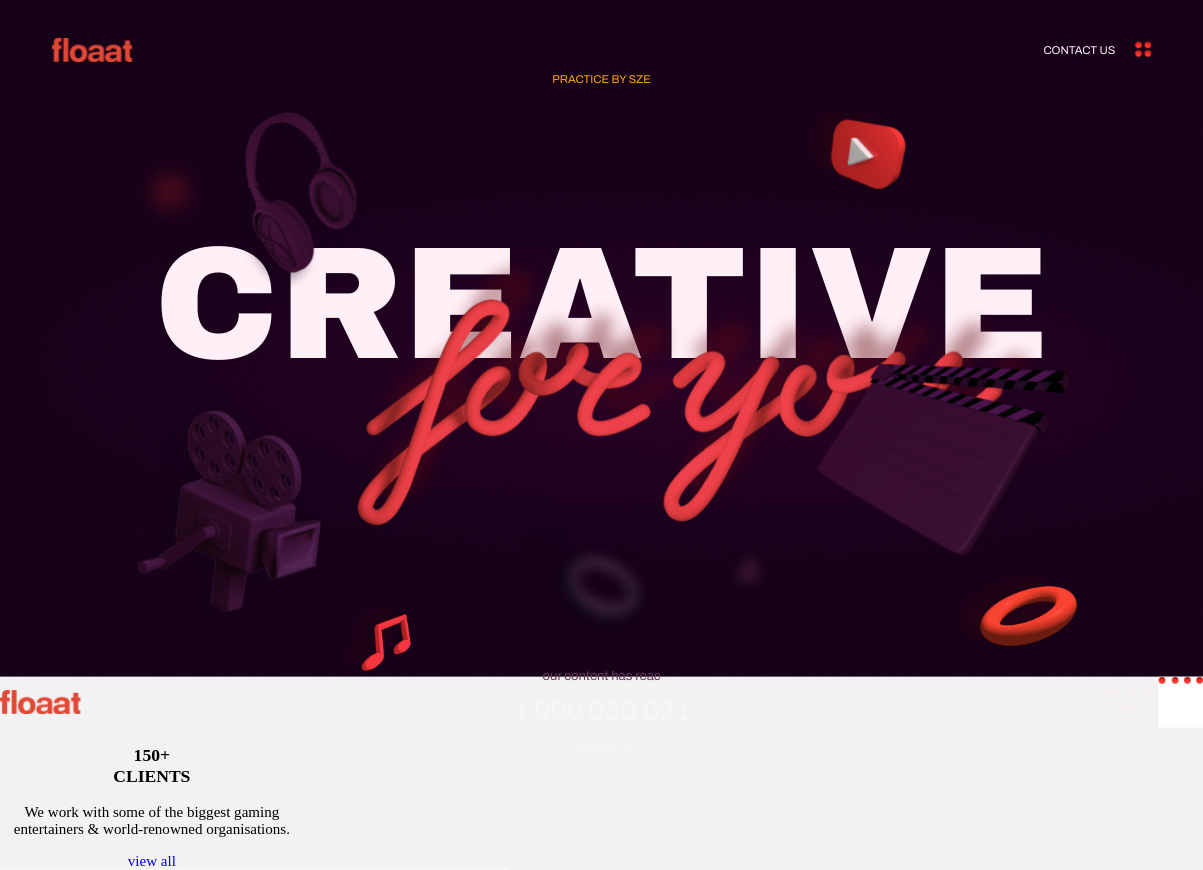
Repository: skydevil1604/next-page-no-adaptive
Page: app/index.html
The author's editor kept a copy of each file at every save. The page is drawn from the files as they stood at one save, then again after the next save.
The browser window is 1280 px wide. The pictures show the whole page, at 94% of full size.
Some web libraries are served in a nearby version. The style sheet was rebuilt from its Sass, Less or Tailwind sources for each picture, by a compiler version that may differ from the author's.

Above is the page before, as saved 2020-01-03 13:28:28.

### app/index.html
<!DOCTYPE html>
<html lang="en">
<head>
    <meta charset="UTF-8">
    <meta name="viewport" content="width=device-width, initial-scale=1.0">
    <meta http-equiv="X-UA-Compatible" content="ie=edge">
    <link rel="stylesheet" href="css/main.css">
    <link href="https://fonts.googleapis.com/css?family=Archivo&display=swap" rel="stylesheet">
    <link href="https://fonts.googleapis.com/css?family=Archivo+Black&display=swap" rel="stylesheet">
    <title>Floaat</title>
</head>
<body>
    <div id="preloader">
        <div class="dws-progress-bar"></div>
    </div>
<div class="wrapper">
            <section class="panel main-first-screen main-page">
                <div class="inner">
                    <header class="header">
                        <a href="#" class="header__logo">
                            <img src="images/logo.svg" alt="floaat-logo">
                        </a>
                        <nav class="navigation">
                            <a href="#" class="navigation__link">CONTACT US</a>
                            <div class="navigation__button">
                                <span></span>
                                <span></span>
                                <span></span>
                                <span></span>
                            </div>
                        </nav>
                    </header>
                    <div class="main-content">
                        <p class="main-content__paragraph">practice by SZE</p>
                        <h1 class="main-content__header">CREATIVE</h1>
                        <img class="main-content__text" src="images/for-you.png" alt="">
                        <img class="main-content__headphones-image" src="images/headphones.svg" alt="">
                        <img class="main-content__cinema-image" src="img/cinema.svg" alt="">
                        <img class="main-content__youtube-image" src="img/youtube3.png" alt="">
                        <img class="main-content__claqueta-image" src="img/CLAQUETA_basica.png" alt="">
                        <img class="main-content__torus-image" src="img/torus.png" alt="">
                        <img class="main-content__note-image" src="img/note2.png" alt="">
                        <img class="main-content__heart-image" src="img/heart22.png" alt="">
                        <img class="main-content__dot-image" src="img/dot.svg" alt="">
                        <img class="main-content__dot-blur-image" src="img/dot2.png" alt="">
                        <img class="main-content__torus-blur-image" src="img/torus3.png" alt="">
                    </div>
                    <div class="viewers">
                        <p class="viewers__main-paragraph">our content has reac</p>
                        <div class="viewers__count">1 000 030 021</div>
                        <p class="viewers__footer-paragraph">VIEWERS</p>
                    </div>


                </div>
            </section>

            <section class="panel main-second-screen clients">
                <div class="inner">
                    <header class="header">
                        <a href="#" class="header__logo">
                            <img src="images/logo.svg" alt="floaat-logo">
                        </a>
                        <nav class="navigation --light">
                            <a href="#" class="navigation__link">CONTACT US</a>
                            <div class="navigation__button">
                                <span></span>
                                <span></span>
                                <span></span>
                                <span></span>
                            </div>
                        </nav>
                    </header>
                    <div class="main-content">
                        <div class="main-content__clients-info">
                            <h3 class="main-content__main-header">150+<br> CLIENTS</h3>
                            <p class="main-content__main-paragraph">We work with some of the biggest gaming entertainers & world-renowned organisations.
                            </p>
                            <a class="main-content__main-link" href="#">view all</a>
                        </div>
                        <div class="main-content__clients-photo">

                        </div>
                    </div>
            </section>
            <section class="panel main-third-screen our-works"></section>
            <section class="panel main-fourth-screen our-team"></section>
</div>





<script src="https://cdnjs.cloudflare.com/ajax/libs/jquery/3.4.1/jquery.min.js"></script>
<script src="https://cdnjs.cloudflare.com/ajax/libs/gsap/1.11.7/TweenMax.min.js"></script>
<script src="//cdnjs.cloudflare.com/ajax/libs/ScrollMagic/2.0.7/ScrollMagic.min.js"></script>
<script src="//cdnjs.cloudflare.com/ajax/libs/ScrollMagic/2.0.7/plugins/debug.addIndicators.min.js"></script>
</body>
</html>

### app/sass/main.scss
.dws-progress-bar {
    position: absolute;
    top: 50%;
    left: 50%;
    transform: translate(-50%, -50%);
    z-index: 100;
   }
   .progress-percentage {
    position: absolute;
    top: 50%;
    left: 50%;
    transform: translate(-50%, -50%);
    font-size: 40px;
    font-family: "Verdana", sans-serif;
    font-weight: bold;
    color: #25ffe4;
   }
   #preloader {
    position: fixed;
    left: 0;
    top: 0;
    right: 0;
    bottom: 0;
    z-index: 100;
    background-image: url(../img/preloader.jpg);
    background-repeat: no-repeat;
    background-size: cover;
    display: none;
   }



   html * {
    text-rendering: optimizeLegibility;
    -webkit-font-smoothing: antialiased;
    -moz-osx-font-smoothing: grayscale;
    box-sizing: border-box;
   }
   html,
   body {
    margin: auto 0;
    padding: 0;
    text-align: center;
    cursor: url(../images/cursor-dot.svg);
    box-sizing: border-box;
   }
   a {
       text-decoration: none;
   }
   .main-preloader {
    position: fixed;
    width: 100%;
    height: 100%;
    left: 0;
    top: 0;
    z-index: 999999999;
    background-color: #000;
    text-align: center;
   }
   .main-preloader .main-preloader-inner {
    position: absolute;
    top: 50%;
    width: 100%;
   }
   .main-preloader .preloader-percentage {
    color: #ffffff;
    margin: 0;
   }
   .main-preloader .preloader-percentage span {
    display: inline-block;
    font-size: 50px;
   }

.wrapper {
    width: 100%;
    height: 100vh;
}

.panel {
    width: 100%;
    &.main-page {
        background-image: url(../images/main-bg.jpg);
        height: 100%;
        padding-top: 40px;
        padding-right: 55px;
        padding-left: 55px;
    }
    & .inner {
        max-width: 1330px;
        margin: 0 auto;
    }
}

.header {
    display: flex;
    justify-content: space-between;
    align-items: center;
    &__logo {
        width: 86px;
        height: 26px;
    }
}

.navigation {
    display: flex;
    width: 115px;
    justify-content: space-between;
    align-items: center;
        &__link {
            font-family: 'Archivo', sans-serif;
            font-style: normal;
            font-weight: bold;
            font-size: 12px;
            line-height: 13px;
            text-transform: uppercase;
            color: #FFEFF6;
        }
        &__button {
            display: flex;
            width: 18px;
            flex-wrap: wrap;
            height: 18px;
            justify-content: space-between;
                & span {
                    background-image: url(../img/dot.svg);
                    width: 8px;
                    height: 8px;
                    display: block;
                }
        }
}

.main-content {
    position: relative;
    &__header {
        font-family: 'Archivo Black', sans-serif;
        font-style: normal;
        font-weight: normal;
        font-size: 170px;
        line-height: 185px;
        text-align: center;
        text-transform: uppercase;
        color: #FFEFF6;

    }
    &__paragraph {
        font-family: 'Archivo', sans-serif;
        font-style: normal;
        font-weight: bold;
        font-size: 12px;
        line-height: 13px;
        text-transform: uppercase;
        color: #F9A608;
        text-align: center;
    }
    &__text {
        position: absolute;
        top: 190px;
        left: 325px;
    }
    &__headphones-image {
        position: absolute;
        width: 143px;
        height: 196px;
        left: 185px;
        top: 35px;
    }
    &__cinema-image {
        position: absolute;
        width: 233px;
        height: 256px;
        left: 60px;
        top: 345px;
    }
    &__youtube-image {
        position: absolute;
        width: 206px;
        height: 206px;
        top: -20px;
        right: 215px;
    }
    &__claqueta-image {
        position: absolute;
        width: 270px;
        height: 206px;
        right: 85px;
        top: 308px;
    }
    &__torus-image {
        position: absolute;
        width: 150px;
        height: 100px;
        right: 75px;
        top: 520px;
    }
    &__note-image {
        position: absolute;
        width: 87px;
        height: 94px;
        left: 295px;
        top: 550px;
    }
    &__heart-image {
        position: absolute;
        width: 57px;
        height: 53px;
        opacity: 0.74;
        filter: blur(5px);
        transform: rotate(-25deg);
        top: 505px;
        right: 400px;
    }
    &__dot-image {
        position: absolute;
        width: 22px;
        height: 22px;
        left: 115px;
        top: 115px;
        filter: blur(14px);
    }
    &__dot-blur-image {
        position: absolute;
        width: 15px;
        height: 15px;
        filter: blur(27px);
    }
}

.viewers {
    &__main-paragraph {
        font-family: 'Archivo', sans-serif;
        font-style: normal;
        font-weight: normal;
        font-size: 14px;
        line-height: 15px;
        color: #643C5A;
    }
    &__count {
        font-family: 'Archivo', sans-serif;
        font-style: normal;
        font-weight: bold;
        font-size: 30px;
        line-height: 33px;
        text-transform: uppercase;
        color: #F6F6F6;
    }
    &__footer-paragraph {
        font-family: 'Archivo', sans-serif;
        font-style: normal;
        font-weight: 500;
        font-size: 14px;
        line-height: 15px;
        text-transform: uppercase;
        color: #F6F6F6;
    }
}

.clients {
    background-color: #F2F2F2;
    & .navigation__button {
        width: 54px;
        height: 54px;
        background-color: #FFFFFF;
    }
    & .main-content {
        display: flex;
        max-width: 1105px;
            &__clients-info {
                max-width: 323px;
            }
            &__clients-photo {
                max-width: 650px;
            }
    }
}

After the next save:
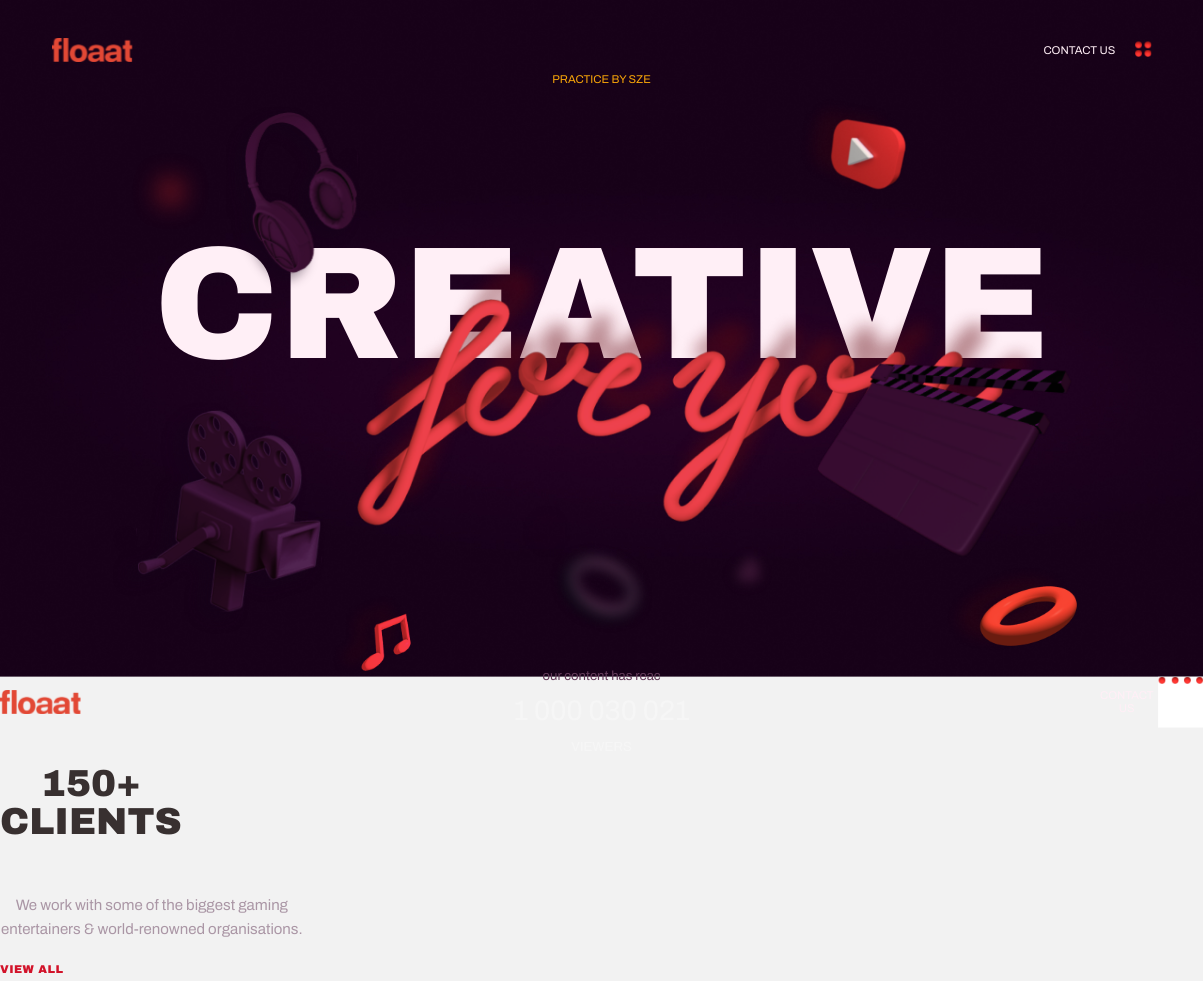
Saved 5 min 10 s later.
--- a/app/sass/main.scss
+++ b/app/sass/main.scss
@@ -267,9 +267,40 @@
         max-width: 1105px;
             &__clients-info {
                 max-width: 323px;
+                display: flex;
+                flex-direction: column;
+                align-items: start;
             }
             &__clients-photo {
                 max-width: 650px;
             }
-    }
-}
+            &__main-header {
+                font-family: 'Archivo Black', sans-serif;
+                font-style: normal;
+                font-weight: normal;
+                font-size: 40px;
+                line-height: 40px;
+                color: #383030;
+            }
+            &__main-paragraph {
+                font-family: 'Archivo', sans-serif;
+                font-style: normal;
+                font-weight: normal;
+                font-size: 16px;
+                line-height: 26px;
+                color: #643C5A;
+                mix-blend-mode: normal;
+                opacity: 0.5;
+            }
+            &__main-link {
+                font-family: 'Archivo Black', sans-serif;
+                font-style: normal;
+                font-weight: normal;
+                font-size: 12px;
+                line-height: 26px;
+                letter-spacing: 0.428571px;
+                text-transform: uppercase;
+                color: #D2132A;
+            }
+    }
+}
